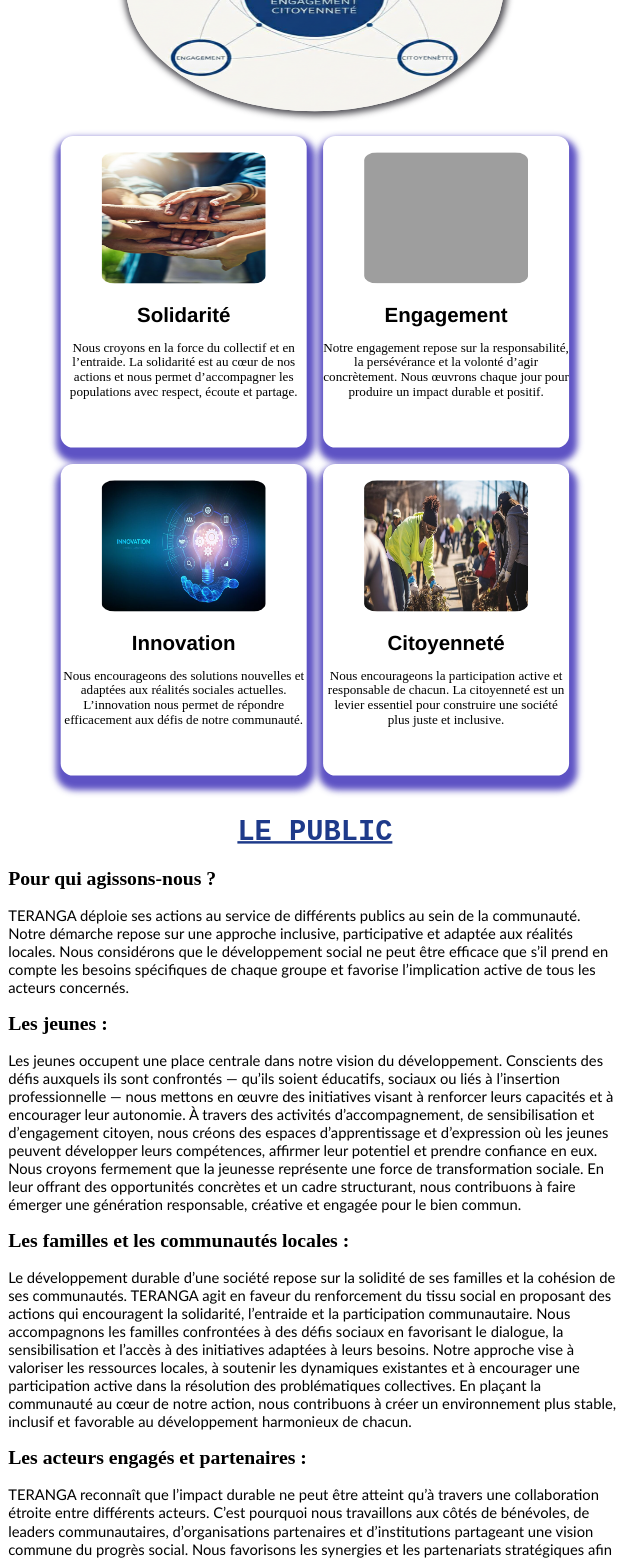
Repository: assanendao171/projet-teranga
Page: propos.html
An editor plug-in stored every save of this project. The page is shown before and after a run of saves, followed by the edit.
The browser window is 768 px wide. The pictures show the part of the page from y = 1151 to 3051 px (the page is 4996 px tall before and 4642 px after), at 82% of full size.
Pictures or frames that could not be fetched are drawn as grey boxes.

Above is the page before, as saved 2026-02-13 16:22:59.

After the next 2 saves:
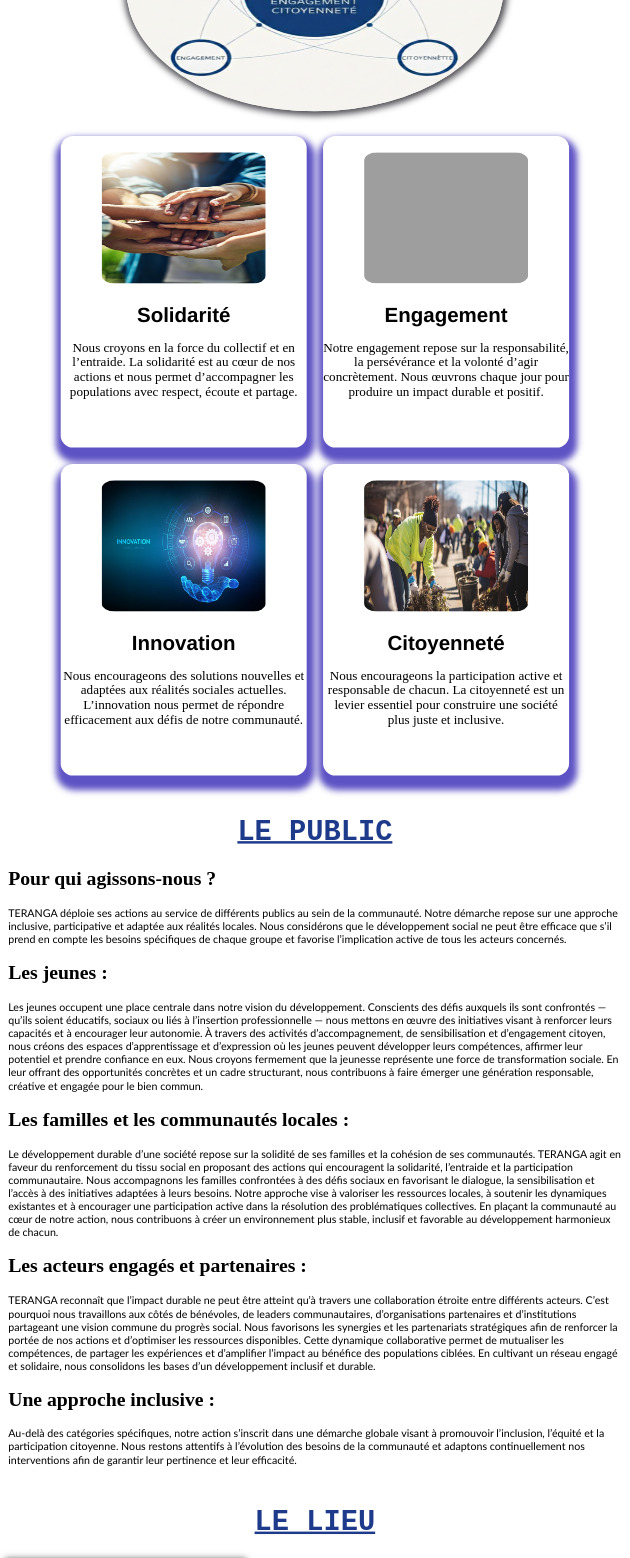
The 2 saves are shown as one change because they came seconds apart.
The last was saved 2 min 47 s later.
--- a/propos.css
+++ b/propos.css
@@ -300,6 +300,10 @@ border-radius: 50%;
         font-weight:bold;
 font-family:'Franklin Gothic Medium', 'Arial Narrow', Arial, sans-serif
 }
+.p-public{
+    font-size: 13px;
+font-family:'Trebuchet MS', 'Lucida Sans Unicode', 'Lucida Grande', 'Lucida Sans', Arial, sans-serif
+}
 footer {
     display: flex;
   background-color: #2d3748;
